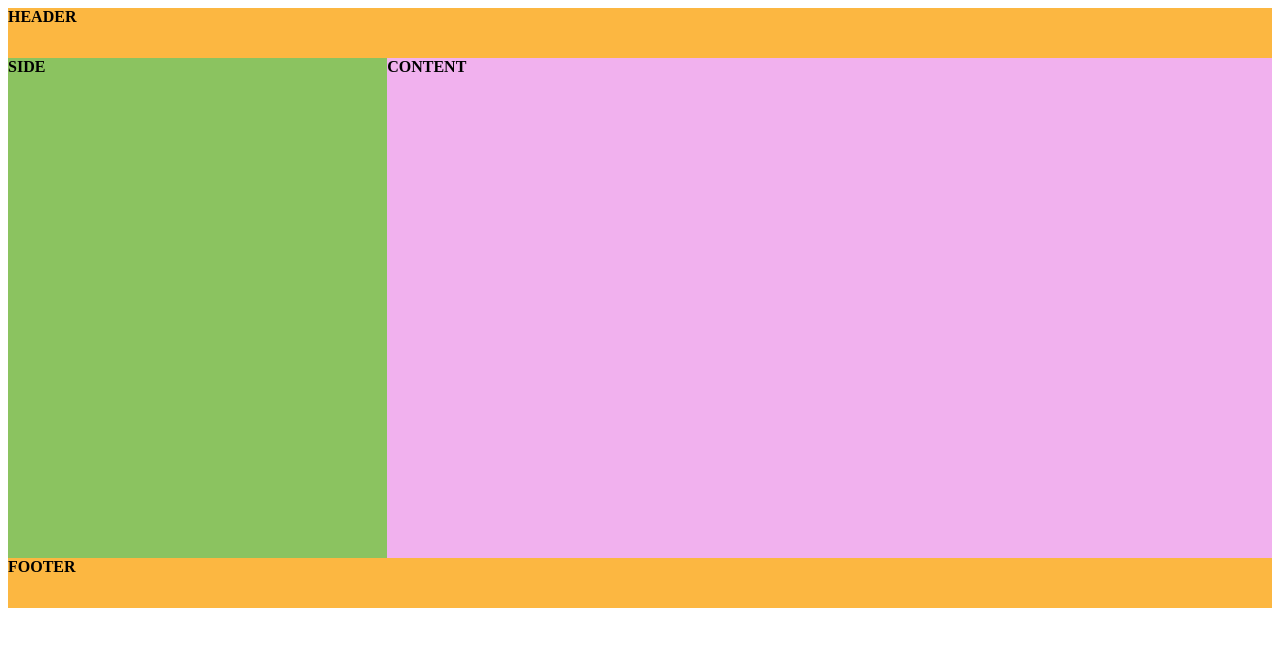
Repository: DuongThanhLong/Basic-responsive-HTML--CSS
Page: Flexbox/index.html
An editor plug-in stored every save of this project. The page is shown before and after the next save, followed by the edit.
The browser window is 1280 px wide. The pictures show the whole page.

Above is the page before, as saved 2021-09-21 20:12:20.

### Flexbox/index.html
<!DOCTYPE html>
<html lang="en">

<head>
    <meta charset="UTF-8">
    <meta http-equiv="X-UA-Compatible" content="IE=edge">
    <meta name="viewport" content="width=device-width, initial-scale=1.0">
    <title>Flexbox</title>
    <link rel="stylesheet" href="./style.css">
</head>

<body>
    <header>HEADER</header>
    <div class="center">
        <div class="side">SIDE</div>
        <div class="content">CONTENT</div>
    </div>
    <footer>FOOTER</footer>
</body>

</html>

### Flexbox/style.css
* {
    box-sizing: inherit;
    font-size: 1rem;
}

header {
    font-weight: bold;
    background-color: #FCB741;
    height: 50px;
}

.center {
    display: flex;
    height: 500px;
}

.side {
    font-weight: bold;
    width: 30%;
    background-color: #8BC360;
}

.content {
    font-weight: bold;
    width: 70%;
    background-color: #F1B1EE;
}

footer {
    font-weight: bold;
    background-color: #FCB741;
    height: 50px;
}

After the next save:
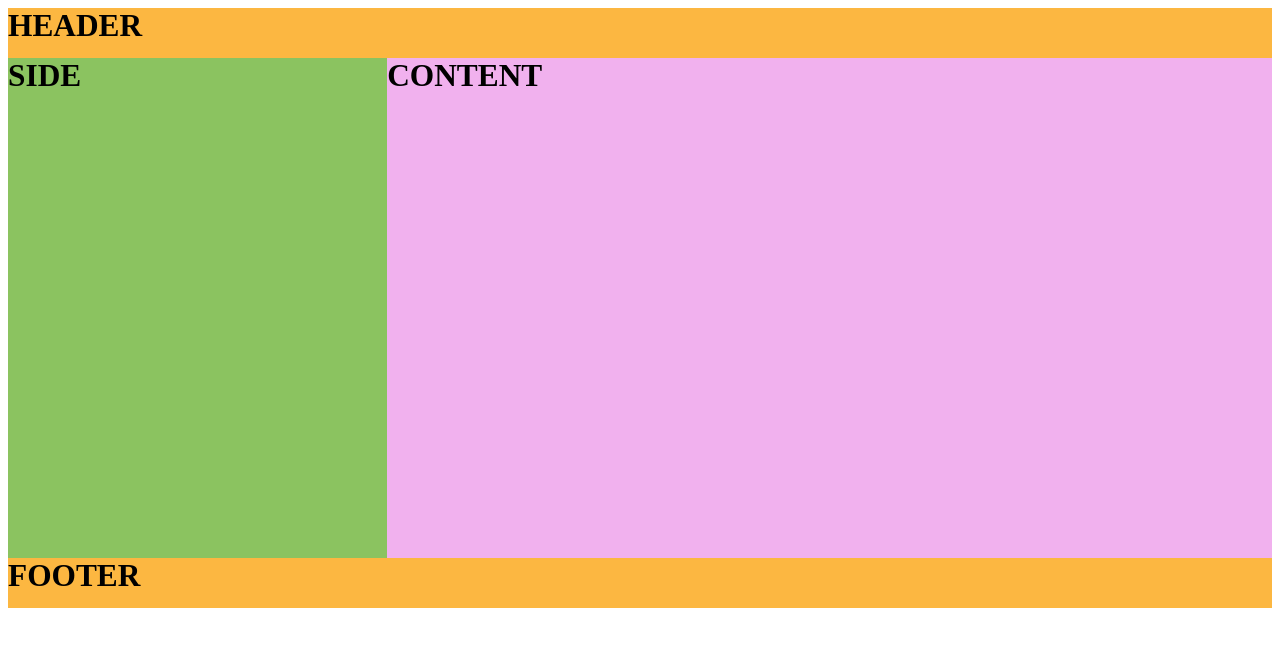
Saved 16 s later.
--- a/Flexbox/style.css
+++ b/Flexbox/style.css
@@ -1,6 +1,6 @@
 * {
     box-sizing: inherit;
-    font-size: 1rem;
+    font-size: 1.4rem;
 }
 
 header {
